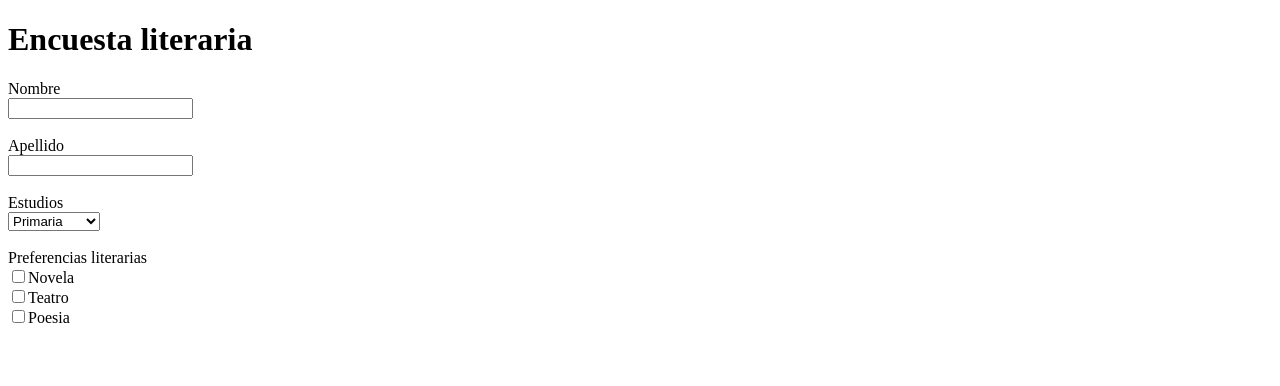
Repository: cabotillo/javaee
Page: Encuesta/WebContent/index.html
These files come from the project's save history. The page is drawn as it stood at one moment and after the next save; the edit follows.
The browser window is 1280 px wide. The pictures show the whole page.

Above is the page before, as saved 2017-02-16 17:50:19.

After the next save:
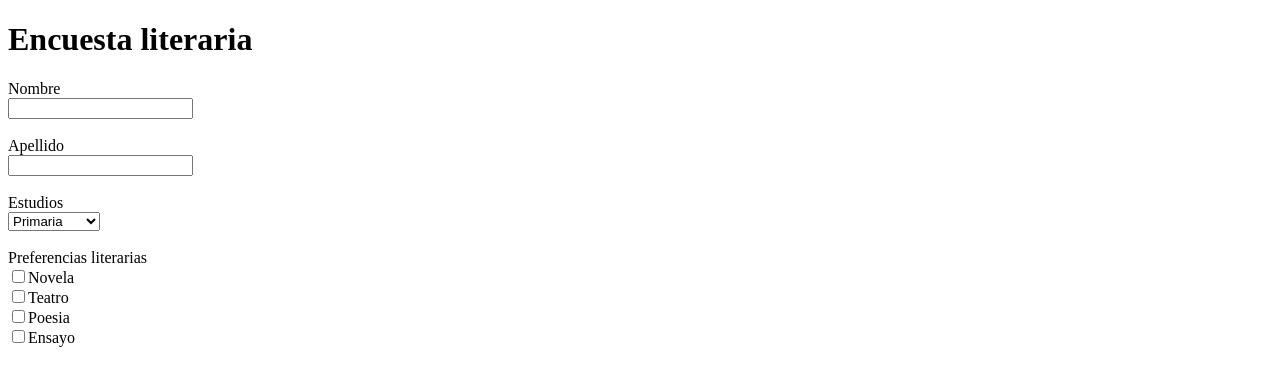
Saved 3 min 31 s later.
--- a/Encuesta/WebContent/index.html
+++ b/Encuesta/WebContent/index.html
@@ -13,6 +13,7 @@ Estudios<br><select name="estudios"><option>Primaria</option><option>Secundaria<
 Preferencias literarias<br><input type="checkbox" name="preferencias" value="Novela" cheked>Novela<br>
 <input type="checkbox" name="preferencias" value="Teatro" cheked>Teatro<br>
 <input type="checkbox" name="preferencias" value="Poesia" cheked>Poesia<br>
+<input type="checkbox" name="preferencias" value="Ensayo" cheked>Ensayo<br>
 </form>
 </body>
 </html>
